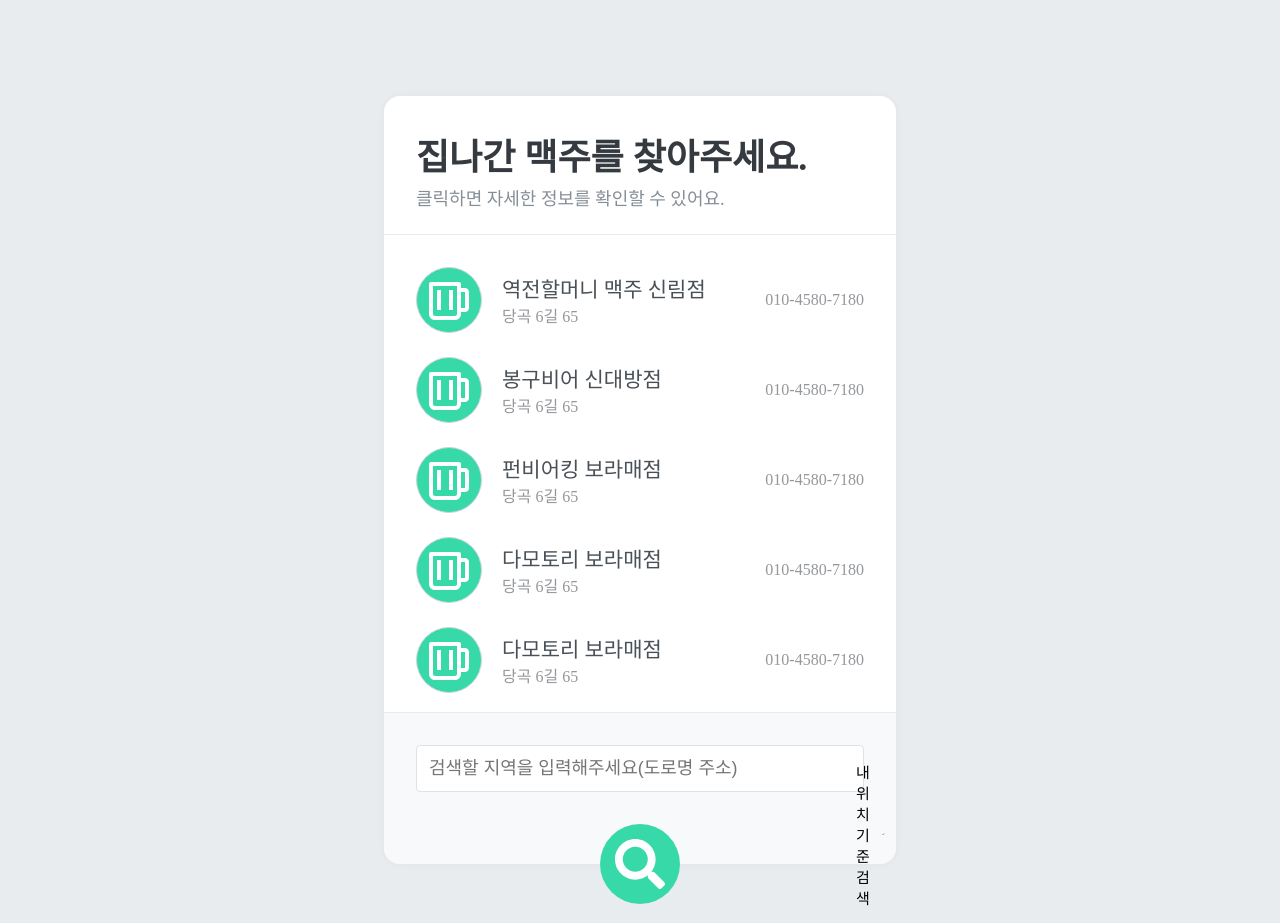
Repository: THE-SOPT-WEB/kimNamjun
Page: / (app in week4/bring-my-beer/)
The author's editor kept a copy of each file at every save. The page is drawn from the files as they stood at one save, then again after the next save.
The browser window is 1280 px wide. The pictures show the whole page.
An inner scrolling area shows only its first screen. The project was rebuilt for these pictures with package versions that can differ from the ones it lists, and the page was loaded fresh each time.

Above is the page before, as saved 2022-05-13 02:09:45.

After the next save:
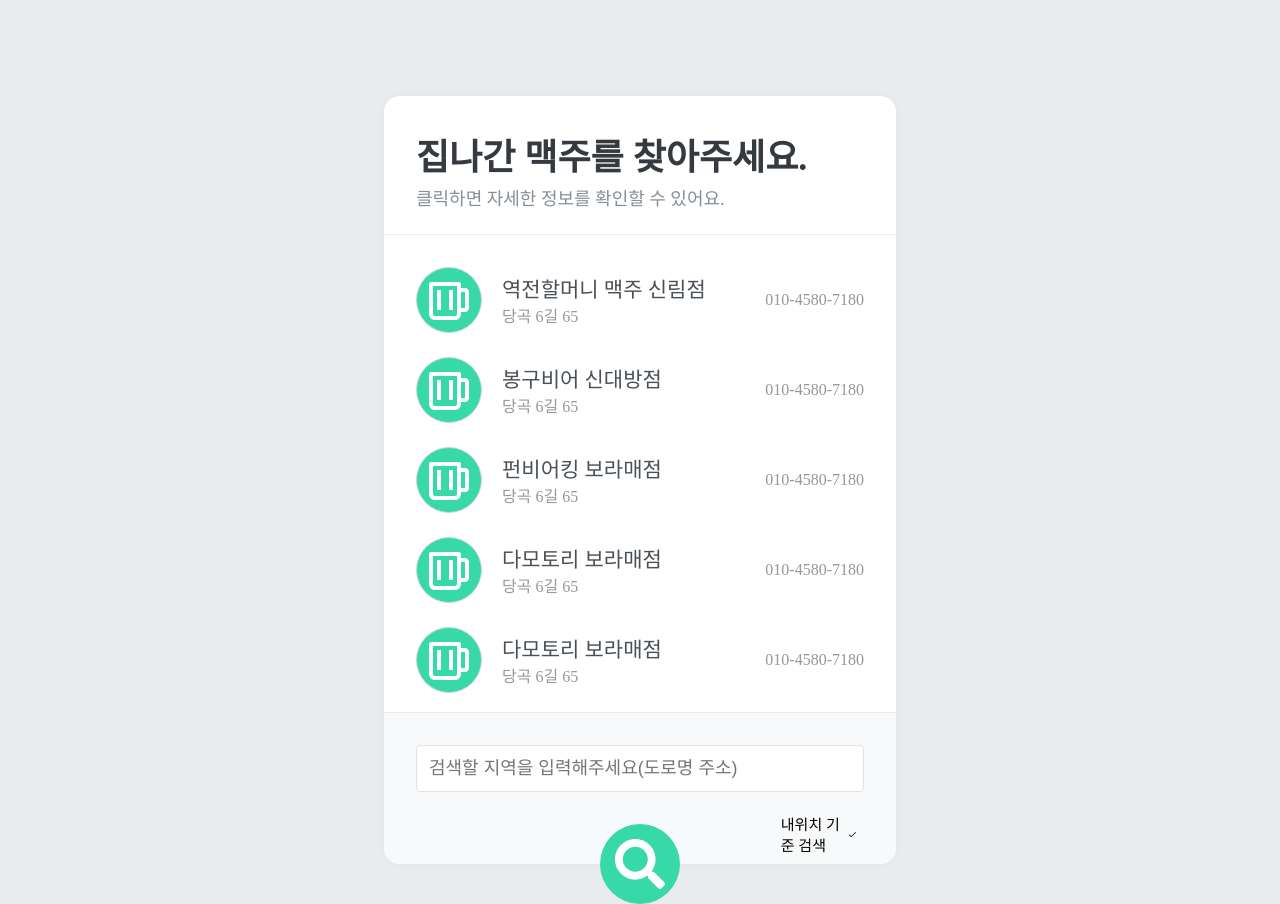
Saved 8 s later.
--- a/week4/bring-my-beer/src/components/Search.jsx
+++ b/week4/bring-my-beer/src/components/Search.jsx
@@ -65,7 +65,7 @@ const CheckBox = styled.div`
   justify-content: center;
   font-size: 15px;
   position: absolute;
-  left: 95%;
+  left: 85%;
   bottom: 30px;
   transform: translate(-50%, 50%);
   border-radius: 50%;
